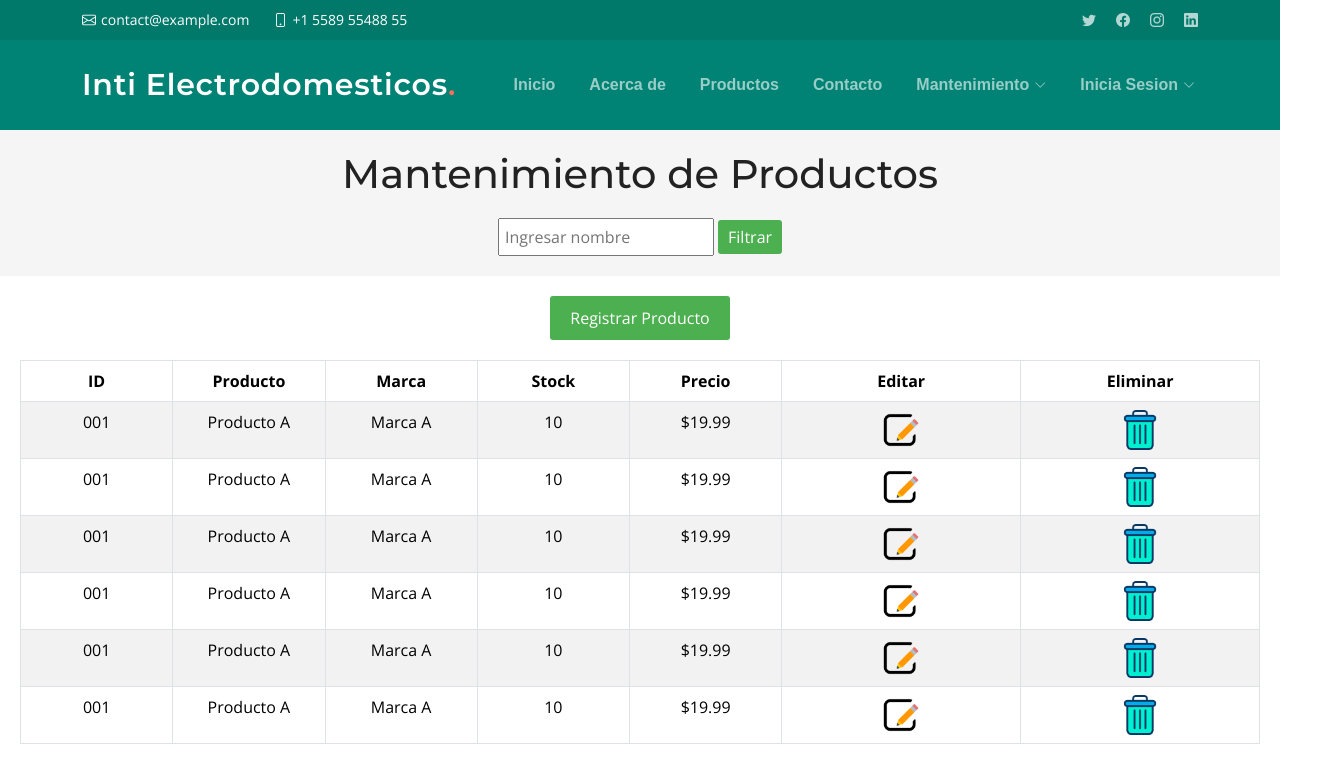
Repository: JReynaldoDelRio/DAWI---IntiElectrdomesticos
Page: http://localhost/mantenimientoProducto
The author's editor kept a copy of each file at every save. The page is drawn from the files as they stood at one save, then again after the next save.
The browser window is 1280 px wide. The page is 1280 px wide, then 1319 px, so the pictures cover 1319 px, including what lies to the right of the window. The pictures show the whole page.
Some web fonts or font styles are not loaded; a fallback is used. Some web libraries are served in a nearby version. The page is this project's Thymeleaf template; nobody is signed in. The template is opened directly, without the code that normally fills it, so the values that code supplies are empty.

Above is the page before, as saved 2023-06-07 17:29:48.

### IntiElectrodomesticos/src/main/resources/templates/mantenimientoProducto.html
<!DOCTYPE html>
<html>
<head>
<meta charset="ISO-8859-1">
  <meta charset="utf-8">
  <meta content="width=device-width, initial-scale=1.0" name="viewport">

<link rel="stylesheet" href="css/producto.css">

  <link href="assets/img/favicon.png" rel="icon">
  <link href="assets/img/apple-touch-icon.png" rel="apple-touch-icon">

  <link rel="preconnect" href="https://fonts.googleapis.com">
  <link rel="preconnect" href="https://fonts.gstatic.com" crossorigin>
  <link href="https://fonts.googleapis.com/css2?family=Open+Sans:ital,wght@0,300;0,400;0,500;0,600;0,700;1,300;1,400;1,600;1,700&family=Montserrat:ital,wght@0,300;0,400;0,500;0,600;0,700;1,300;1,400;1,500;1,600;1,700&family=Raleway:ital,wght@0,300;0,400;0,500;0,600;0,700;1,300;1,400;1,500;1,600;1,700&display=swap" rel="stylesheet">

  <link href="assets/vendor/bootstrap/css/bootstrap.min.css" rel="stylesheet">
  <link href="assets/vendor/bootstrap-icons/bootstrap-icons.css" rel="stylesheet">
  <link href="assets/vendor/aos/aos.css" rel="stylesheet">
  <link href="assets/vendor/glightbox/css/glightbox.min.css" rel="stylesheet">
  <link href="assets/vendor/swiper/swiper-bundle.min.css" rel="stylesheet">
  <link rel="stylesheet" href="https://cdn.jsdelivr.net/npm/bootstrap@5.7.1/dist/css/bootstrap.min.css">


  <link href="assets/css/main.css" rel="stylesheet">

<title>Mantenimiento Producto</title>
</head>
<body>

<section id="topbar" class="topbar d-flex align-items-center">
    <div class="container d-flex justify-content-center justify-content-md-between">
      <div class="contact-info d-flex align-items-center">
        <i class="bi bi-envelope d-flex align-items-center"><a href="mailto:contact@example.com">contact@example.com</a></i>
        <i class="bi bi-phone d-flex align-items-center ms-4"><span>+1 5589 55488 55</span></i>
      </div>
      <div class="social-links d-none d-md-flex align-items-center">
        <a href="#" class="twitter"><i class="bi bi-twitter"></i></a>
        <a href="#" class="facebook"><i class="bi bi-facebook"></i></a>
        <a href="#" class="instagram"><i class="bi bi-instagram"></i></a>
        <a href="#" class="linkedin"><i class="bi bi-linkedin"></i></i></a>
      </div>
    </div>
  </section>

  <header id="header" class="header d-flex align-items-center">

    <div class="container-fluid container-xl d-flex align-items-center justify-content-between">
      <a href="index.html" class="logo d-flex align-items-center">

        <!-- <img src="assets/img/logo.png" alt=""> -->
        <h1>Inti Electrodomesticos<span>.</span></h1>
      </a>
      <nav id="navbar" class="navbar">
        <ul>
          <li><a href="/inicio">Inicio</a></li>
          <li><a href="#about">Acerca de </a></li>

          <li><a href="#portfolio">Productos</a></li>



          <li><a href="#contact">Contacto</a></li>
          <li class="dropdown"><a href="#"><span>Mantenimiento</span> <i class="bi bi-chevron-down dropdown-indicator"></i></a>
            <ul>

              <li class="dropdown"><a href="/mantenimientoProducto"><span>Productos</span> <i class="bi bi-chevron-down dropdown-indicator"></i></a>
              </li>
              <li class="dropdown"><a href="#"><span>Cliente</span> <i class="bi bi-chevron-down dropdown-indicator"></i></a>
                <ul>
                  <li><a href="#">Listar</a></li>
                  <li><a href="#">Agregar</a></li>
                  <li><a href="#">Eliminar</a></li>
                  <li><a href="#">Actualizar</a></li>
                </ul>
              </li>
              <li class="dropdown"><a href="#"><span>Proveedor</span> <i class="bi bi-chevron-down dropdown-indicator"></i></a>
                <ul>
                  <li><a href="#">Listar</a></li>
                  <li><a href="#">Agregar</a></li>
                  <li><a href="#">Eliminar</a></li>
                  <li><a href="#">Actualizar</a></li>
                </ul>
              </li>
              <li class="dropdown"><a href="#"><span>Factura</span> <i class="bi bi-chevron-down dropdown-indicator"></i></a>
                <ul>
                  <li><a href="#">Listar</a></li>
                  <li><a href="#">Agregar</a></li>
                  <li><a href="#">Eliminar</a></li>
                  <li><a href="#">Actualizar</a></li>
                </ul>
              </li>


            </ul>
          </li>
          <li class="dropdown"><a href="#"><span>Inicia Sesion</span> <i class="bi bi-chevron-down dropdown-indicator"></i></a>
            <ul>

              <li class="dropdown"><a href="#"><span>Ingresar</span> </a>

              </li>
              <li class="dropdown"><a href="#"><span>Registrar</span> </a>

              </li>

            </ul>
          </li>

        </ul>
      </nav>

      <i class="mobile-nav-toggle mobile-nav-show bi bi-list"></i>
      <i class="mobile-nav-toggle mobile-nav-hide d-none bi bi-x"></i>

    </div>
  </header>
 <header>
        <h1>Mantenimiento de Productos</h1>
        <div class="filter-form">
          <input type="text" placeholder="Ingresar nombre">
          <button>Filtrar</button>
        </div>
      </header>
      <main>
        <button class="register-button" onclick="openDialog()">Registrar Producto</button>
        <table class="table table-bordered table-striped text-center">
          <thead>
            <tr>
              <th>ID</th>
              <th>Producto</th>
              <th>Marca</th>
              <th>Stock</th>
              <th>Precio</th>
              <th>Editar</th>
              <th>Eliminar</th>
            </tr>
          </thead>
          <tbody>
            <tr>
              <td>001</td>
              <td>Producto A</td>
              <td>Marca A</td>
              <td>10</td>
              <td>$19.99</td>
              <td><img src="img/editar.png" alt="Editar"></td>
              <td><img src="img/eliminar.png" alt="Editar"></td>
            </tr>
            <!-- Más filas de la tabla aquí -->
            <tr>
                <td>001</td>
                <td>Producto A</td>
                <td>Marca A</td>
                <td>10</td>
                <td>$19.99</td>
                <td><img src="img/editar.png" alt="Editar"></td>
                <td><img src="img/eliminar.png" alt="Editar"></td>
              </tr>
              <tr>
                <td>001</td>
                <td>Producto A</td>
                <td>Marca A</td>
                <td>10</td>
                <td>$19.99</td>
                <td><img src="img/editar.png" alt="Editar"></td>
                <td><img src="img/eliminar.png" alt="Editar"></td>
              </tr>
              <tr>
                <td>001</td>
                <td>Producto A</td>
                <td>Marca A</td>
                <td>10</td>
                <td>$19.99</td>
                <td><img src="img/editar.png" alt="Editar"></td>
                <td><img src="img/eliminar.png" alt="Editar"></td>
              </tr>
              <tr>
                <td>001</td>
                <td>Producto A</td>
                <td>Marca A</td>
                <td>10</td>
                <td>$19.99</td>
                <td><img src="img/editar.png" alt="Editar"></td>
                <td><img src="img/eliminar.png" alt="Editar"></td>
              </tr>
              <tr>
                <td>001</td>
                <td>Producto A</td>
                <td>Marca A</td>
                <td>10</td>
                <td>$19.99</td>
                <td><img src="img/editar.png" alt="Editar"></td>
                <td><img src="img/eliminar.png" alt="Editar"></td>
              </tr>
          </tbody>
        </table>
      </main>

    <dialog id="register-dialog" >
        <h2>Registro de Producto</h2>
        <form>
          <label for="name">Nombre:</label>
          <select id="name">
            <option value="producto1">Producto 1</option>
            <option value="producto2">Producto 2</option>
            <option value="producto3">Producto 3</option>
          </select>

          <label for="brand">Marca:</label>
          <select id="brand">
            <option value="marca1">Marca 1</option>
            <option value="marca2">Marca 2</option>
            <option value="marca3">Marca 3</option>
          </select>

          <label for="stock">Stock:</label>
          <input type="number" id="stock">

          <label for="price">Precio:</label>
          <input type="number" step="0.01" id="price">

          <button type="button" onclick="registerProduct()">Registrar</button>
          <button type="button" onclick="closeDialog()">Cancelar</button>
        </form>
      </dialog>
      <script src="js/producto.js"></script>
</body>
</html>

### IntiElectrodomesticos/src/main/resources/static/css/producto.css
body {
	font-family: Arial, sans-serif;
	margin: 0;
	padding: 0;
}

header {
	background-color: #f5f5f5;
	padding: 20px;
}

h1 {
	text-align: center;
	margin-top: 0;
}

.filter-form {
	text-align: center;
	margin-top: 20px;
}

.filter-form input[type="text"] {
	padding: 5px;
}

.filter-form button {
	padding: 5px 10px;
	background-color: #4CAF50;
	color: white;
	border: none;
	border-radius: 3px;
	cursor: pointer;
}

main {
	padding: 20px;
	display: flex;
	flex-direction: column;
	align-items: center;
}

.register-button {
	padding: 10px 20px;
	background-color: #4CAF50;
	color: white;
	border: none;
	border-radius: 3px;
	cursor: pointer;
	margin-bottom: 20px;
}

table {
	margin: 0 auto; /* Centrar la tabla horizontalmente */
	max-width: 1400px; /* Ancho máximo de la tabla */
	width: 100%;
	table-layout: fixed; /* Fijar el ancho de las columnas */
}

th, td {
	padding: 10px;
	text-align: center;
	border-bottom: 1px solid #ddd;
}

th {
	background-color: #f5f5f5;
}

tbody tr:hover {
	background-color: #f9f9f9;
}

th:nth-child(6), td:nth-child(6), th:nth-child(7), td:nth-child(7) {
	width: 19.28%; /* Tamaño de cada columna (100% / 7) */
}



img {
	width: 40px;
	height: 40px;
}

dialog {
	border: none;
	padding: 20px;
	width: 400px;
	background-color: #f5f5f5;
	position: fixed;
	top: 50%;
	left: 30%;
	transform: translate(-50%, -50%);
}

dialog h2 {
	margin-top: 0;
	font-size: 24px;
	color: #4CAF50;
	border-bottom: 2px solid #4CAF50;
	text-align: center;
	padding-bottom: 10px;
}

dialog form {
	display: flex;
	flex-direction: column;
}

dialog label {
	margin-bottom: 5px;
}

dialog input, dialog select {
	margin-bottom: 10px;
	padding: 5px;
}

dialog button {
	padding: 5px 10px;
	background-color: #4CAF50;
	color: white;
	border: none;
	border-radius: 3px;
	cursor: pointer;
	margin-top: 10px;
}

Loaded but not shown: IntiElectrodomesticos/src/main/resources/static/js/producto.js (20 lines, source omitted); IntiElectrodomesticos/src/main/resources/static/assets/css/main.css (2669 lines, source omitted)

After the next save:
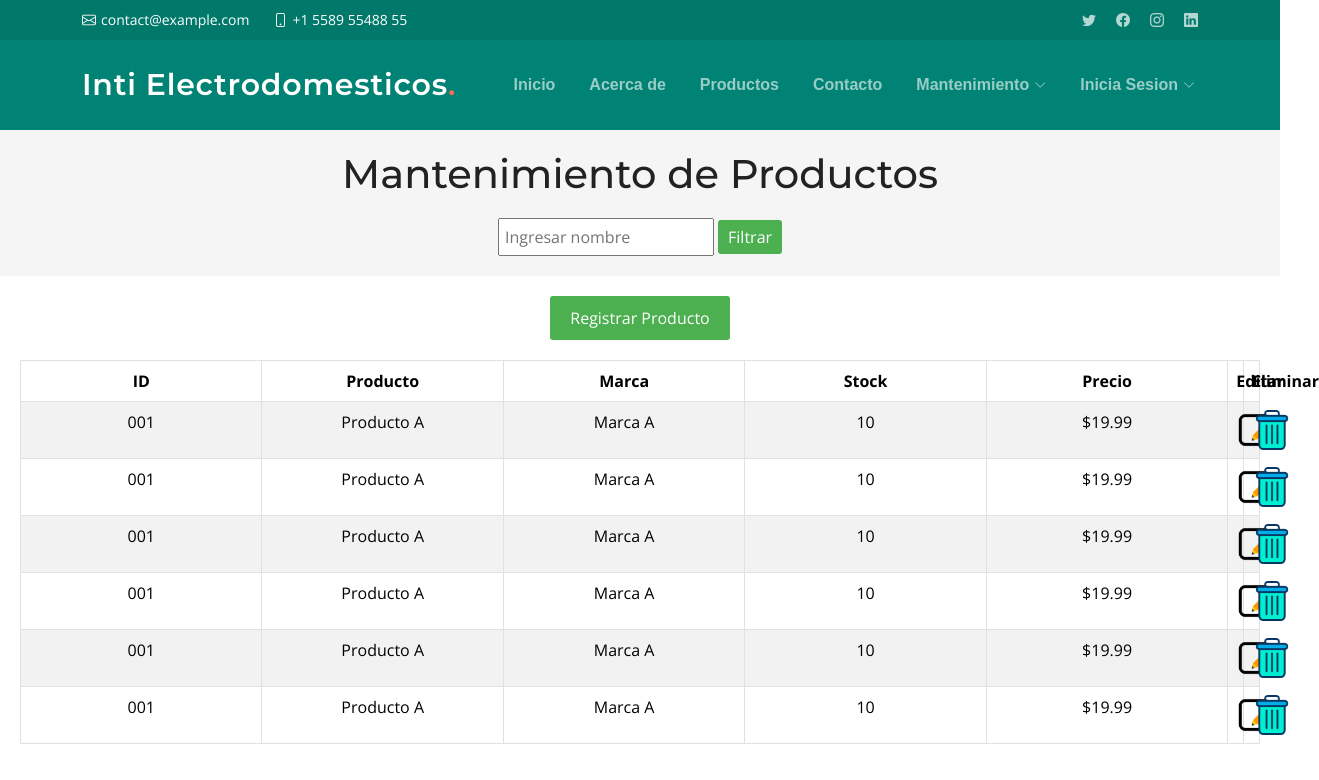
Saved 4 s later.
--- a/IntiElectrodomesticos/src/main/resources/static/css/producto.css
+++ b/IntiElectrodomesticos/src/main/resources/static/css/producto.css
@@ -71,7 +71,7 @@ tbody tr:hover {
 }
 
 th:nth-child(6), td:nth-child(6), th:nth-child(7), td:nth-child(7) {
-	width: 19.28%; /* Tamaño de cada columna (100% / 7) */
+	width: 1.28%; /* Tamaño de cada columna (100% / 7) */
 }
 
 
